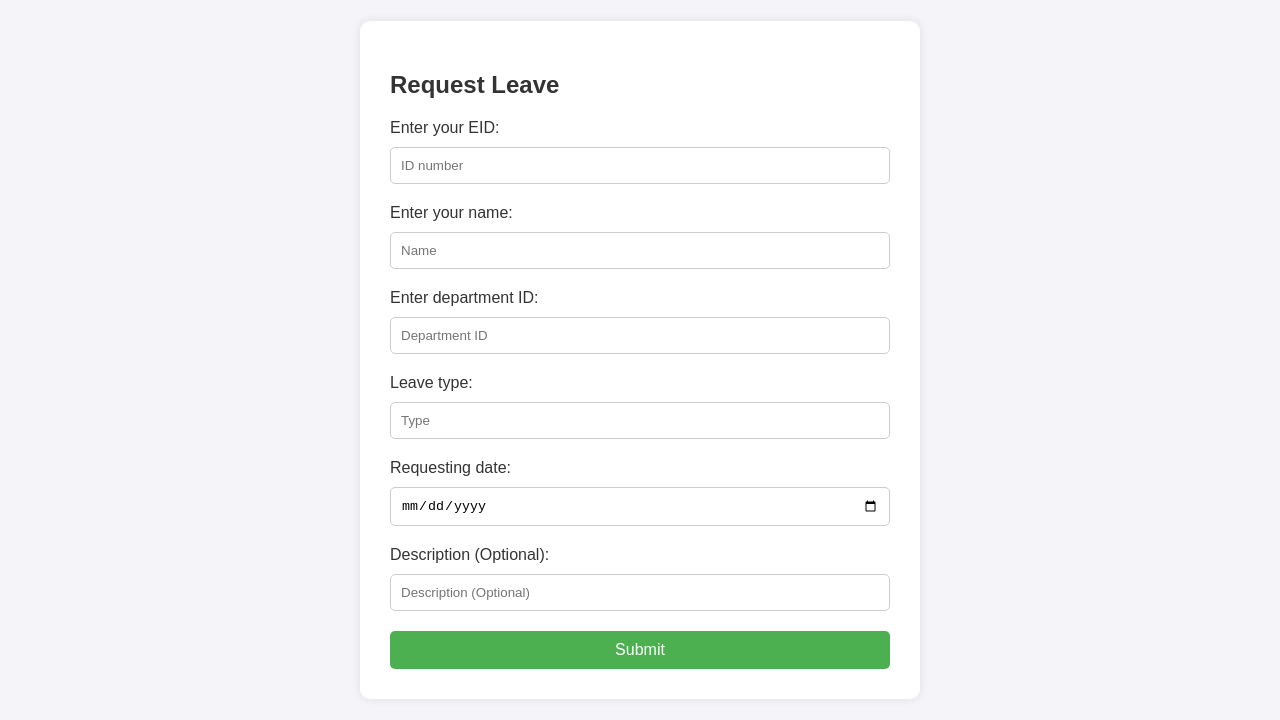
Repository: sakuuLay/StaffManagementSys
Page: http://localhost/test/LeaveRequest.jsp
These files come from the project's save history. The page is drawn as it stood at one moment and after the next save; the edit follows.
The browser window is 1280 px wide. The pictures show the whole page.
The page is served by Tomcat 9. Nobody is signed in. The application's start-up code is not run. Other server files are loaded and not shown.

Above is the page before, as saved 2024-10-20 09:50:06.

### test/src/main/webapp/LeaveRequest.jsp
<%@ page language="java" contentType="text/html; charset=UTF-8"
    pageEncoding="UTF-8"%>
<!DOCTYPE html>
<html>
<head>
<meta charset="UTF-8">
<title>RequestLeave</title>
    <meta charset="UTF-8">
    <meta name="viewport" content="width=device-width, initial-scale=1.0">

<style>
    body {
        font-family: Arial, sans-serif;
        background-color: #f4f4f9;
        margin: 0;
        display: flex;
        justify-content: center;
        align-items: center;
        height: 100vh;
    }
    .form-container {
        background: #fff;
        padding: 30px;
        border-radius: 10px;
        box-shadow: 0 0 10px rgba(0, 0, 0, 0.1);
        max-width: 500px;
        width: 100%;
    }
    .form-container h2 {
        margin-bottom: 20px;
        color: #333;
    }
    .form-container label {
        display: block;
        margin-bottom: 10px;
        color: #333;
    }
    .form-container input[type="text"],
    .form-container input[type="date"] {
        width: 100%;
        padding: 10px;
        margin-bottom: 20px;
        border: 1px solid #ccc;
        border-radius: 5px;
        box-sizing: border-box;
    }
    .form-container .error {
        color: red;
        display: none;
    }
    .form-container button {
        width: 100%;
        padding: 10px;
        border: none;
        border-radius: 5px;
        background-color: #4CAF50;
        color: white;
        font-size: 16px;
        cursor: pointer;
    }
    .form-container button:hover {
        background-color: #45a049;
    }
</style>
</head>


<body>
    <div class="form-container">
        <h2>Request Leave</h2>
        <form action="LeaveCtrlServlet" method="post">
            <label for="empintID">Enter your EID:</label>
            <input type="text" id="empintID" name="eid" placeholder="ID number" pattern="(100|[1-9]?[0-9])$" required>
            <span id="errorInt" class="error">Please enter a valid (integer) number.</span>

            <label for="empname">Enter your name:</label>
            <input type="text" id="empname" name="name" placeholder="Name" required>

            <label for="empdid">Enter department ID:</label>
            <input type="text" id="empdid" name="did" placeholder="Department ID" pattern="[A-Z]{2}\d{2}" required>
            <span id="errorDept" class="error">Department ID <i>ex</i> : 'SM01'</span>

            <label for="type">Leave type:</label>
            <input type="text" id="type" name="type" placeholder="Type" required>

            <label for="date">Requesting date:</label>
            <input type="date" id="date" name="date" required>

            <label for="des">Description (Optional):</label>
            <input type="text" id="des" name="des" placeholder="Description (Optional)">

            <button type="submit">Submit</button>
        </form>
    </div>
    <script>
        // Validate integer input
        document.getElementById('empintID').addEventListener('input', function (event) {
            var input = event.target;
            var errorMessage = document.getElementById('errorInt');
            if (input.validity.patternMismatch) {
                errorMessage.style.display = 'block';
            } else {
                errorMessage.style.display = 'none';
            }
        });

        // Validate department ID input
        document.getElementById('empdid').addEventListener('input', function (event) {
            var input = event.target;
            var errorMessage = document.getElementById('errorDept');
            if (input.validity.patternMismatch) {
                errorMessage.style.display = 'block';
            } else {
                errorMessage.style.display = 'none';
            }
        });


    </script>
</body>
</html>

After the next save:
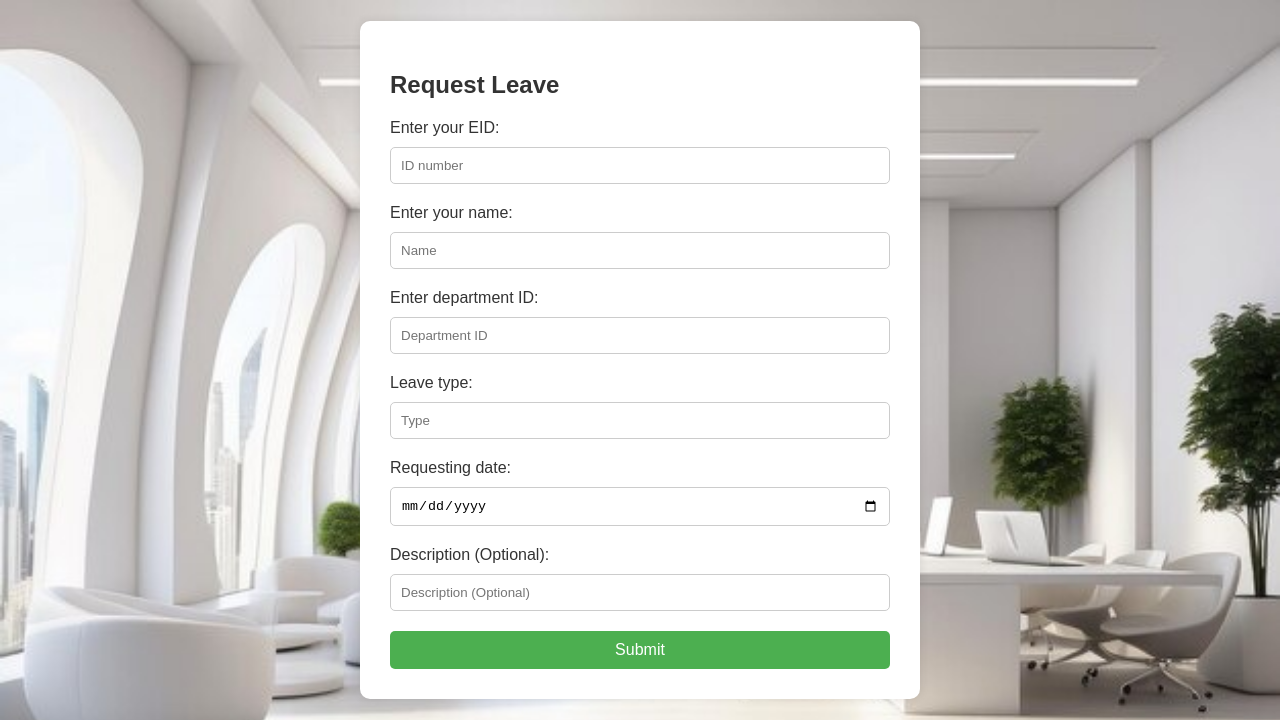
Saved 3 min 23 s later.
--- a/test/src/main/webapp/LeaveRequest.jsp
+++ b/test/src/main/webapp/LeaveRequest.jsp
@@ -10,14 +10,16 @@
 
 <style>
     body {
-        font-family: Arial, sans-serif;
-        background-color: #f4f4f9;
-        margin: 0;
-        display: flex;
-        justify-content: center;
-        align-items: center;
-        height: 100vh;
-    }
+            background-image: url('imgs/whiteOffice.jpg');
+            background-size: cover;
+            background-attachment: fixed;
+            font-family: Arial, sans-serif;
+            display: flex;
+            justify-content: center;
+            align-items: center;
+            height: 100vh;
+            margin: 0;
+        }
     .form-container {
         background: #fff;
         padding: 30px;
